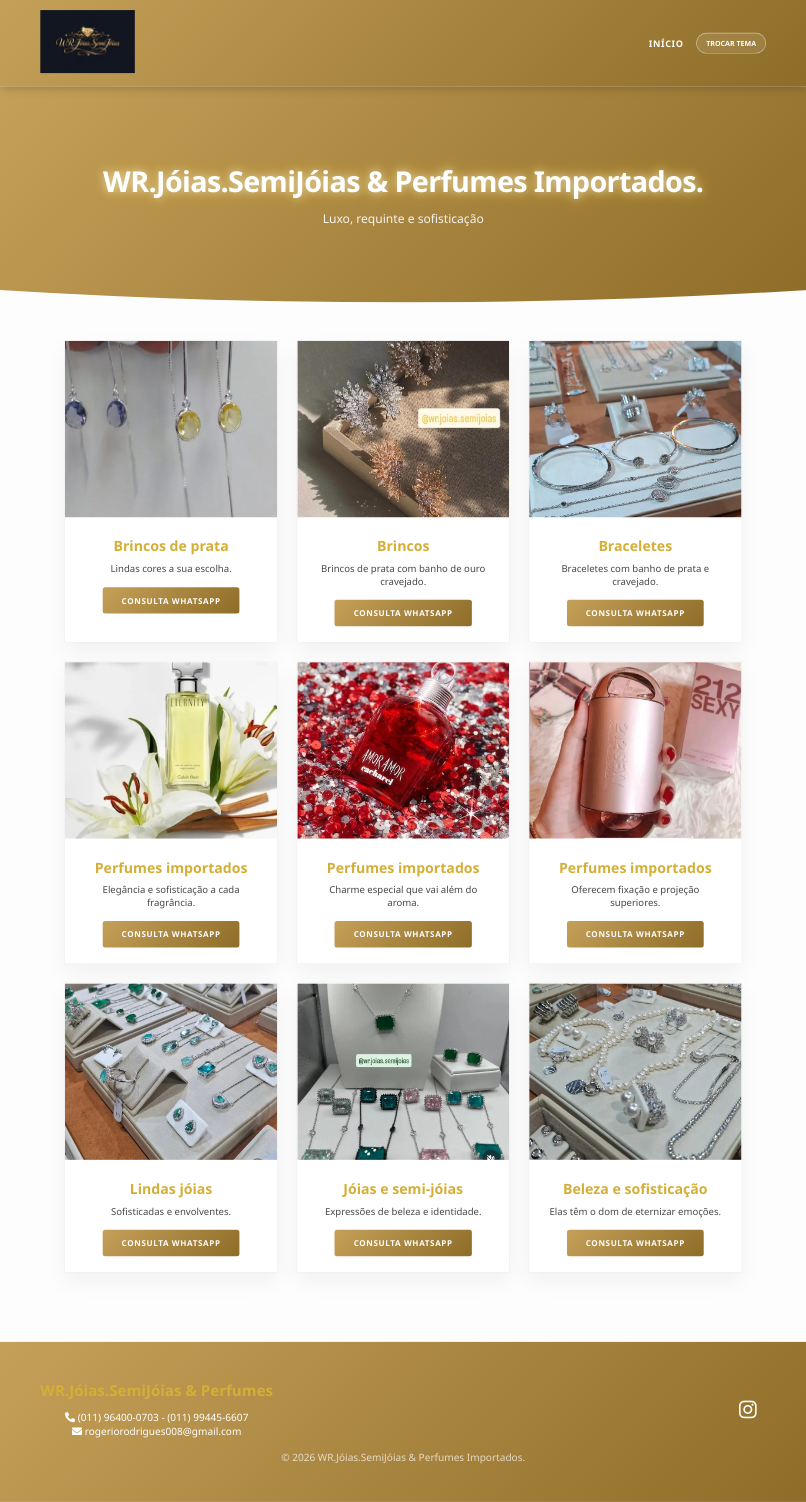
Repository: Sandro1969-tech/joias-perfumes
Page: index.html
An editor plug-in stored every save of this project. The page is shown before and after a run of saves, followed by the edit.
The browser window is 1280 px wide. The pictures show the whole page, at 63% of full size.

Above is the page before, as saved 2026-01-28 18:05:41.

After the next 2 saves:
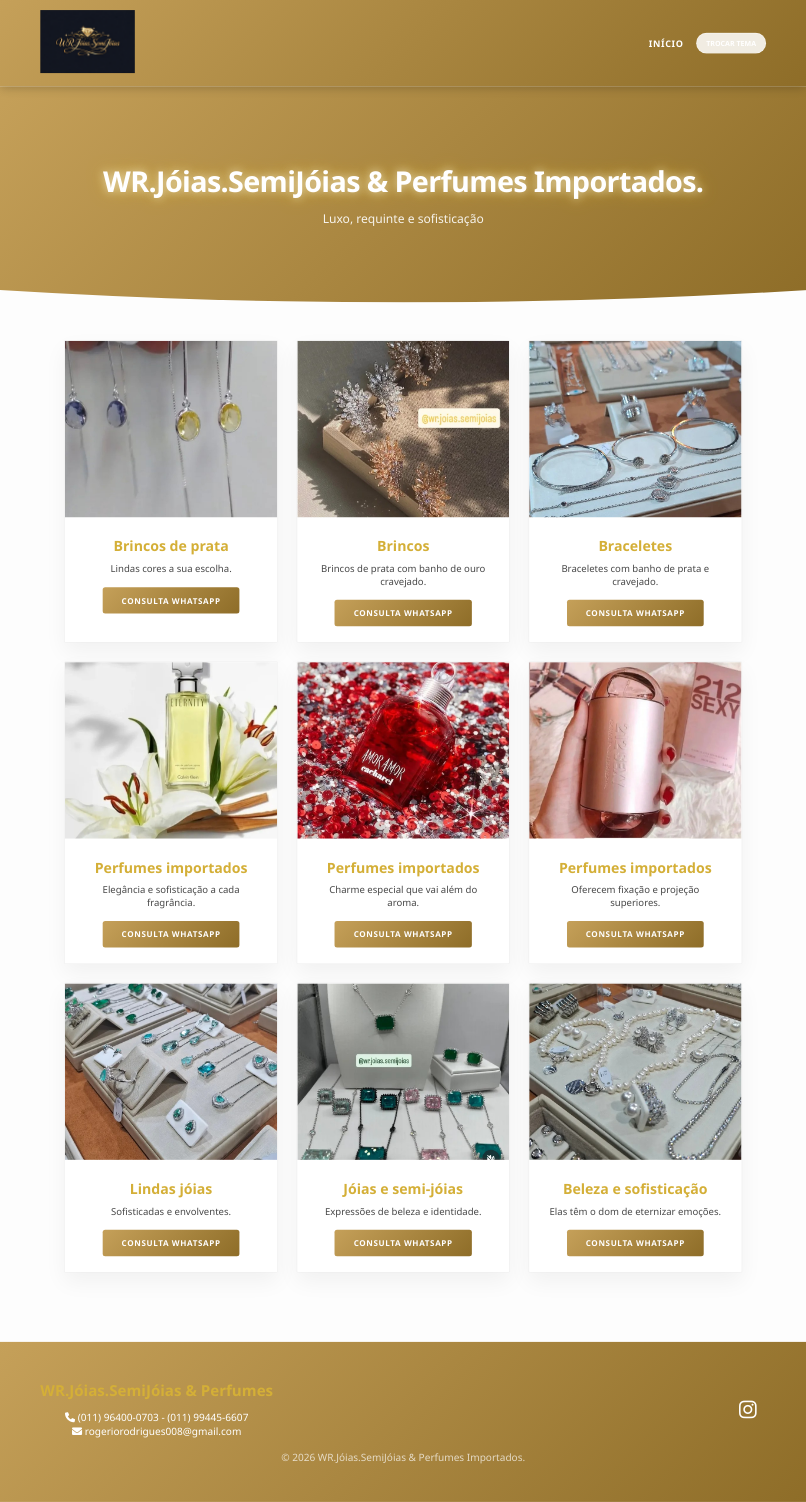
The 2 saves are shown as one change because they came seconds apart.
The last was saved 13 min 39 s later.
--- a/index.html
+++ b/index.html
@@ -84,7 +84,7 @@
 
         /* BOTÃO TEMA */
         #theme-toggle {
-            background: rgba(255,255,255,0.1);
+            background: rgba(255, 255, 255, 0.863);
             border: 1px solid rgba(255,255,255,0.5);
             color: white;
             padding: 8px 15px;
